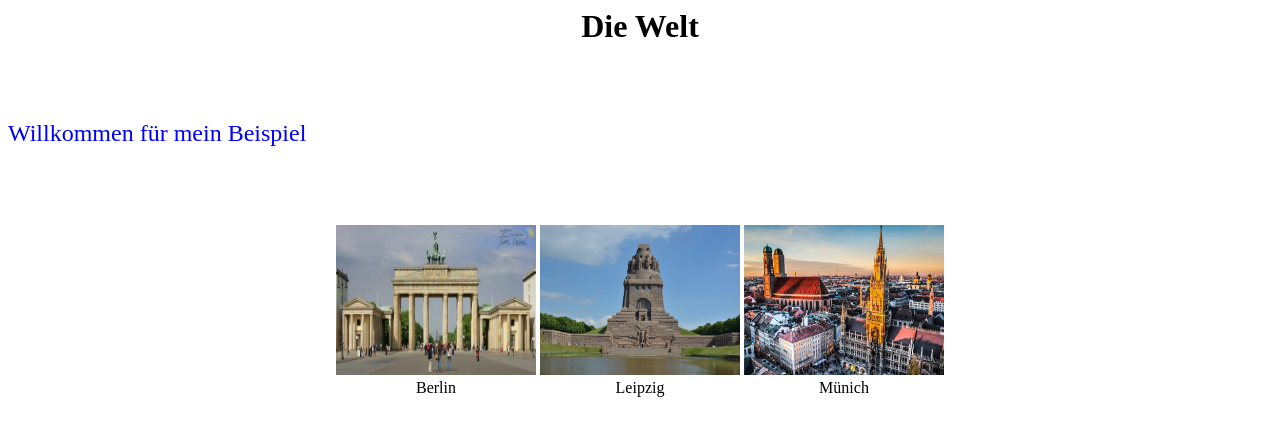
Repository: dasafo/PHP_MySQL_curso
Page: http://localhost/Practica1_42/deutsch.php
An editor plug-in stored every save of this project. The page is shown before and after the next save, followed by the edit.
The browser window is 1280 px wide. The pictures show the whole page.
The page is run by PHP 8.4 with error messages shown; the project is at /var/www/html/.

Above is the page before, as saved 2018-11-10 18:41:38.

### Sesiones&Cookies/Practica1_42/deutsch.php
<!DOCTYPE HTML PUBLIC "-//W3C//DTD HTML 4.01 Frameset//EN">
<html>
<head>
<meta http-equiv="Content-Type" content="text/html; charset=UTF-8">
<title>Insert title here</title>
<style>

    table{

        text-align:center;
        }

    h1{
        text-align:center;
        }

     p{
        font-size:1.5em;
        color:#00F;
        }


</style>

</head>

<body>

	<h1>Die Welt</h1>
	<p>&nbsp</p>
	<p>Willkommen für mein Beispiel</p>
    <p>&nbsp</p>


    <table width="500" border="0" align="center">

   	<tr>
   		<td> <img src="berlin.jpg" width="200" height="150"></td>
      	<td><img src="leipzig.JPG" width="200" height="150"></td>
      	<td><img src="Munich.jpg" width="200" height="150"></td>

     </tr>
     <tr>
     	<td>Berlin</td>
     	<td>Leipzig</td>
     	<td>Münich</td>

   </table>

</body>

</html>

After the next save:
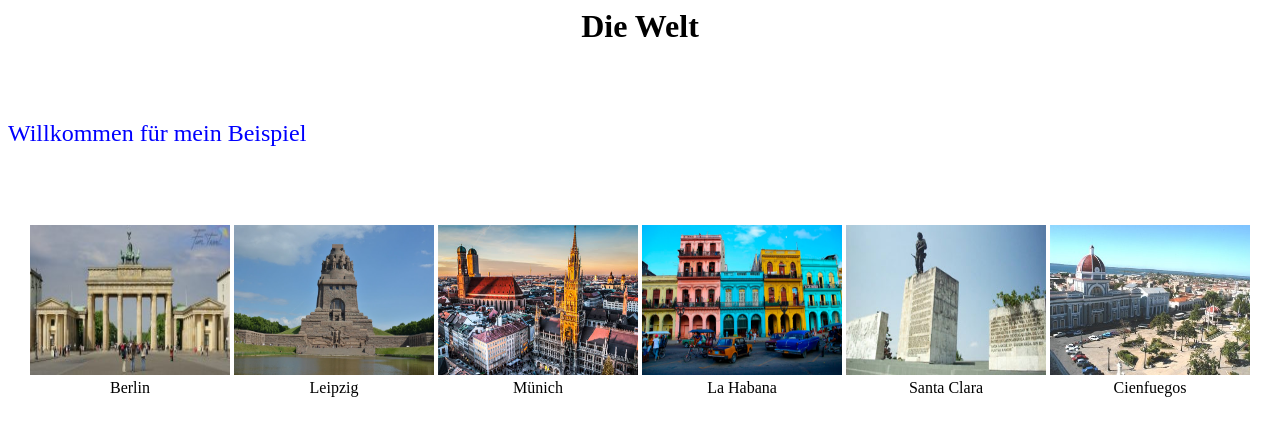
Saved 2 s later.
--- a/Sesiones&Cookies/Practica1_42/deutsch.php
+++ b/Sesiones&Cookies/Practica1_42/deutsch.php
@@ -38,12 +38,19 @@
    		<td> <img src="berlin.jpg" width="200" height="150"></td>
       	<td><img src="leipzig.JPG" width="200" height="150"></td>
       	<td><img src="Munich.jpg" width="200" height="150"></td>
+      	<td> <img src="habana.jpg" width="200" height="150"></td>
+      	<td><img src="clara.jpg" width="200" height="150"></td>
+      	<td><img src="cienfuegos.jpg" width="200" height="150"></td>
 
      </tr>
      <tr>
      	<td>Berlin</td>
      	<td>Leipzig</td>
      	<td>Münich</td>
+     	<td>La Habana</td>
+     	<td>Santa Clara</td>
+     	<td>Cienfuegos</td>
+   	</tr>
 
    </table>
 
